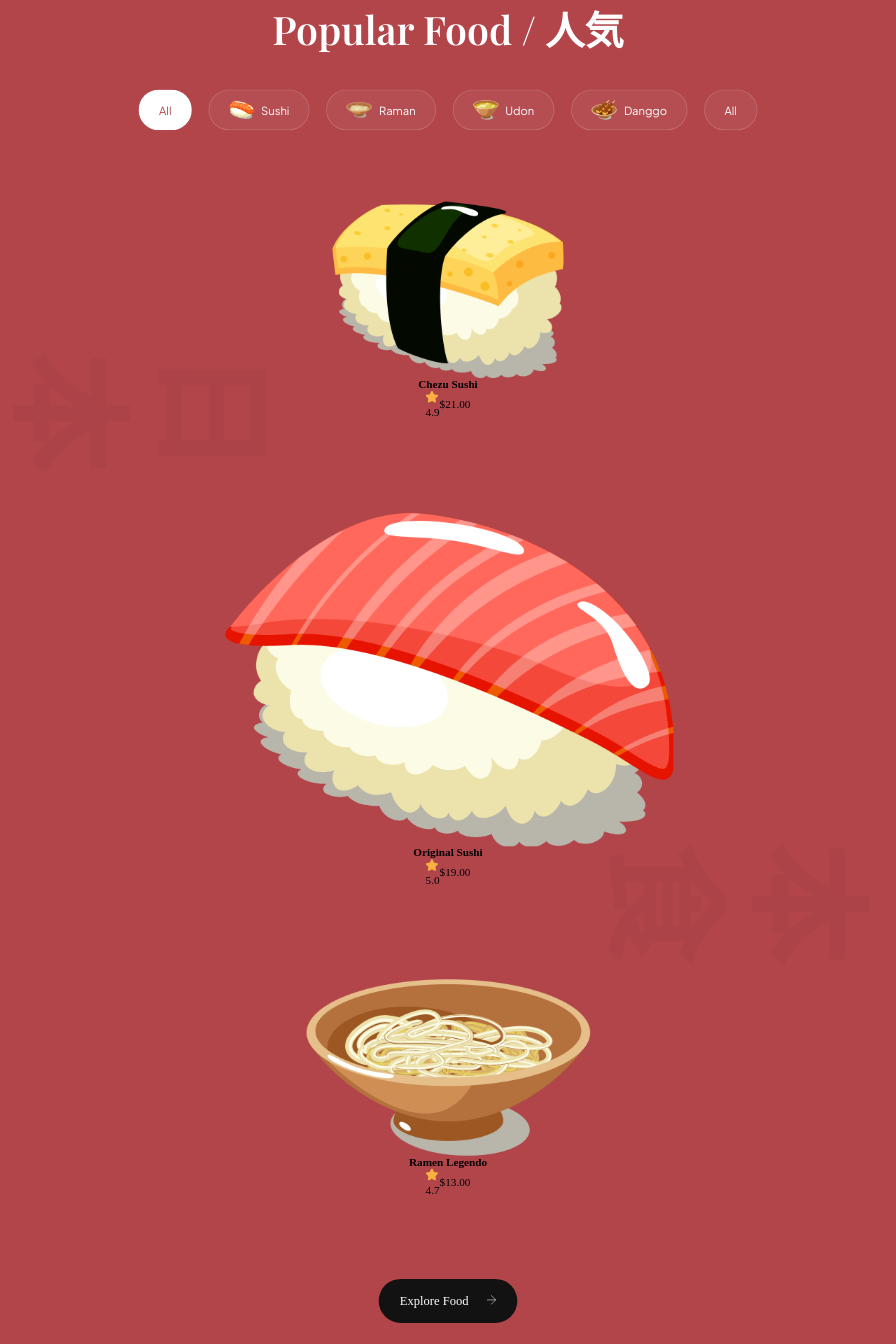
Repository: echoyol/sushiWebsite
Page: index.html
An editor plug-in stored every save of this project. The page is shown before and after the next save, followed by the edit.
The browser window is 1280 px wide. The pictures show the part of the page from y = 1570 to 3490 px (the page is 3524 px tall before and 3530 px after), at 70% of full size.

Above is the page before, as saved 2023-06-05 20:40:01.

After the next save:
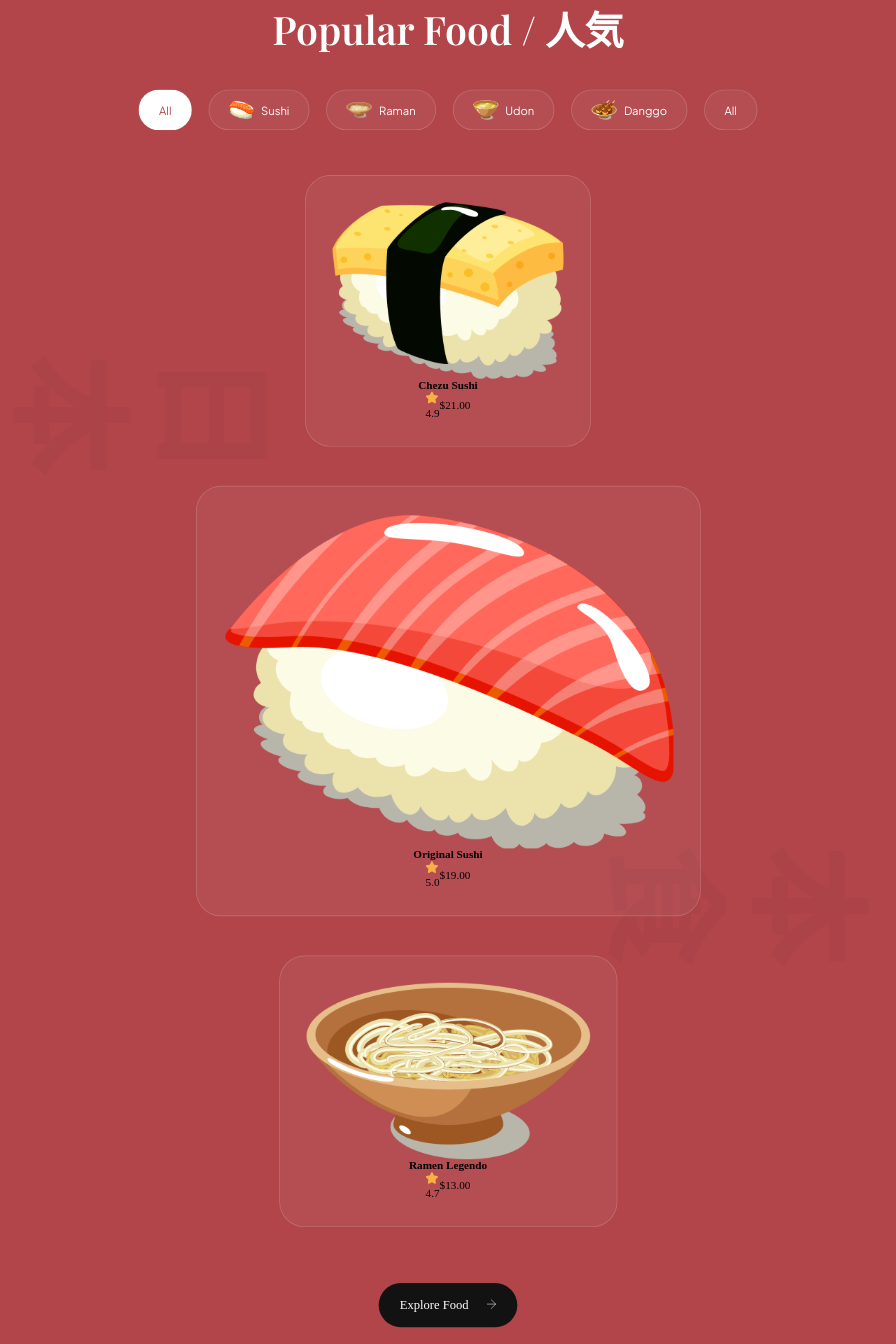
Saved 53 s later.
--- a/css/sections/popular.css
+++ b/css/sections/popular.css
@@ -113,4 +113,8 @@
   display: flex;
   align-items: center;
   flex-direction: column;
+
+  border-radius: 36px;
+  background: rgba(255, 255, 255, 0.05);
+  border: 1px solid rgba(255, 255, 255, 0.2);
 }
